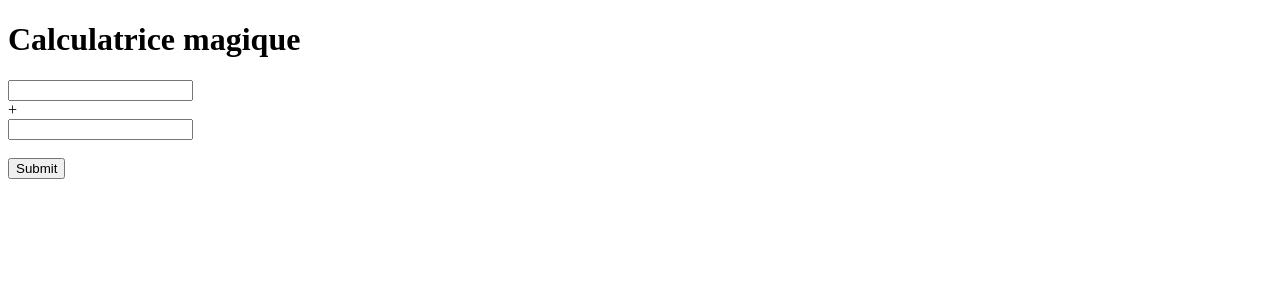
Repository: Kahefsay/javaEE
Page: http://localhost/RiquartDamian/
These files come from the project's save history. The page is drawn as it stood at one moment and after the next save; the edit follows.
The browser window is 1280 px wide. The pictures show the whole page.
The page is served by Tomcat 9.

Above is the page before, as saved 2018-01-31 11:11:46.

After the next save:
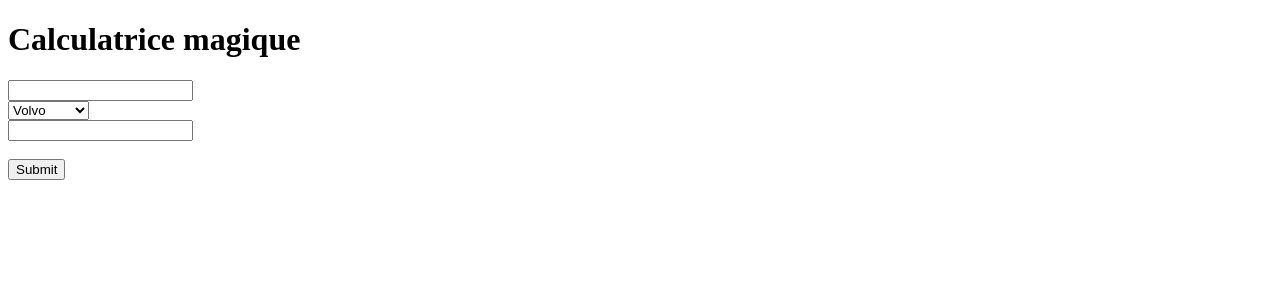
Saved 60 s later.
--- a/RiquartDamian/WebContent/index.jsp
+++ b/RiquartDamian/WebContent/index.jsp
@@ -12,7 +12,13 @@
 
 <form method="post" action="calculatrice">
   <input type="text" name="nbre1">
-  <br>+<br>
+  <br>
+  <select>
+  	<option value="volvo">Volvo</option>
+  	<option value="saab">Saab</option>
+  	<option value="mercedes">Mercedes</option>
+  	<option value="audi">Audi</option>
+  </select><br>
   <input type="text" name="nbre2">
   <br><br>
   <input type="submit" value="Submit">
